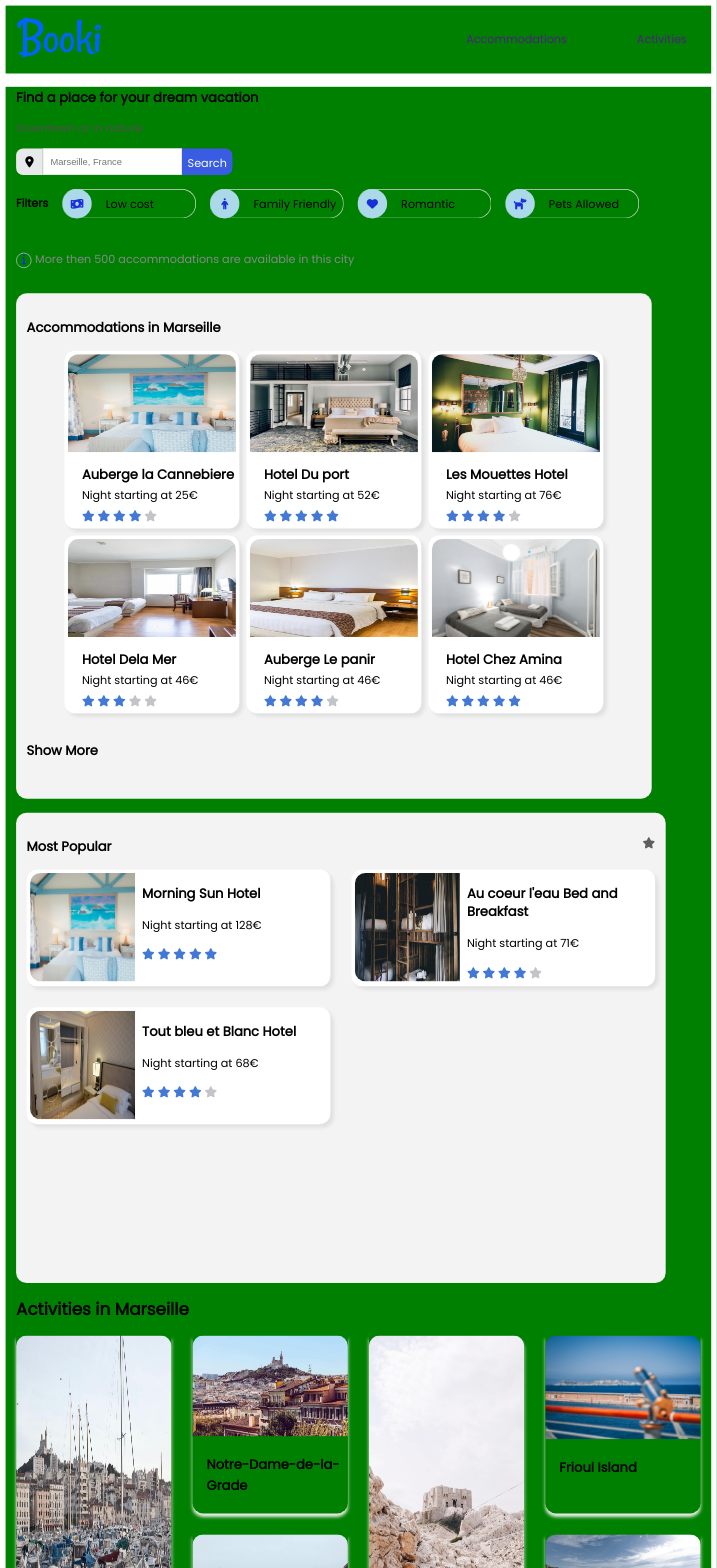
Repository: ailahin/booki
Page: index.html
These files come from the project's save history. The page is drawn as it stood at one moment and after the next save; the edit follows.
The browser window is 1024 px wide. The pictures show the part of the page from y = 0 to 2240 px (the page is 2764 px tall), at 70% of full size.
Some web fonts or font styles are not loaded; a fallback is used. Some web libraries are served in a nearby version.

Above is the page before, as saved 2023-07-19 04:31:04.

After the next save:
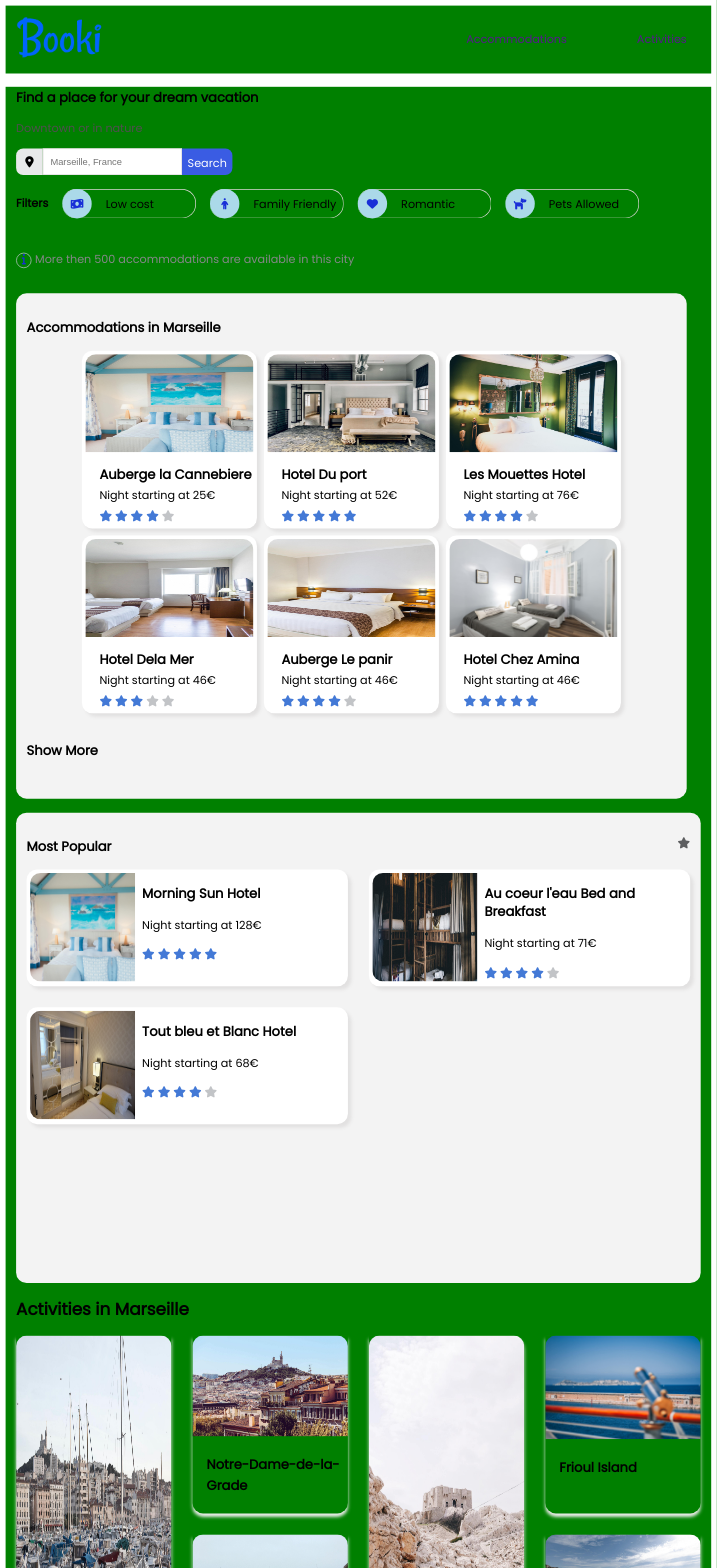
Saved 6 s later.
--- a/css/index.css
+++ b/css/index.css
@@ -421,7 +421,7 @@ margin-bottom: 5px;
         flex-wrap: wrap;
         align-items: center;
         justify-content: center;
-        padding-right: 50px;
+        padding-right:0
     }
     .all-accomodations{
         width: 100%;
